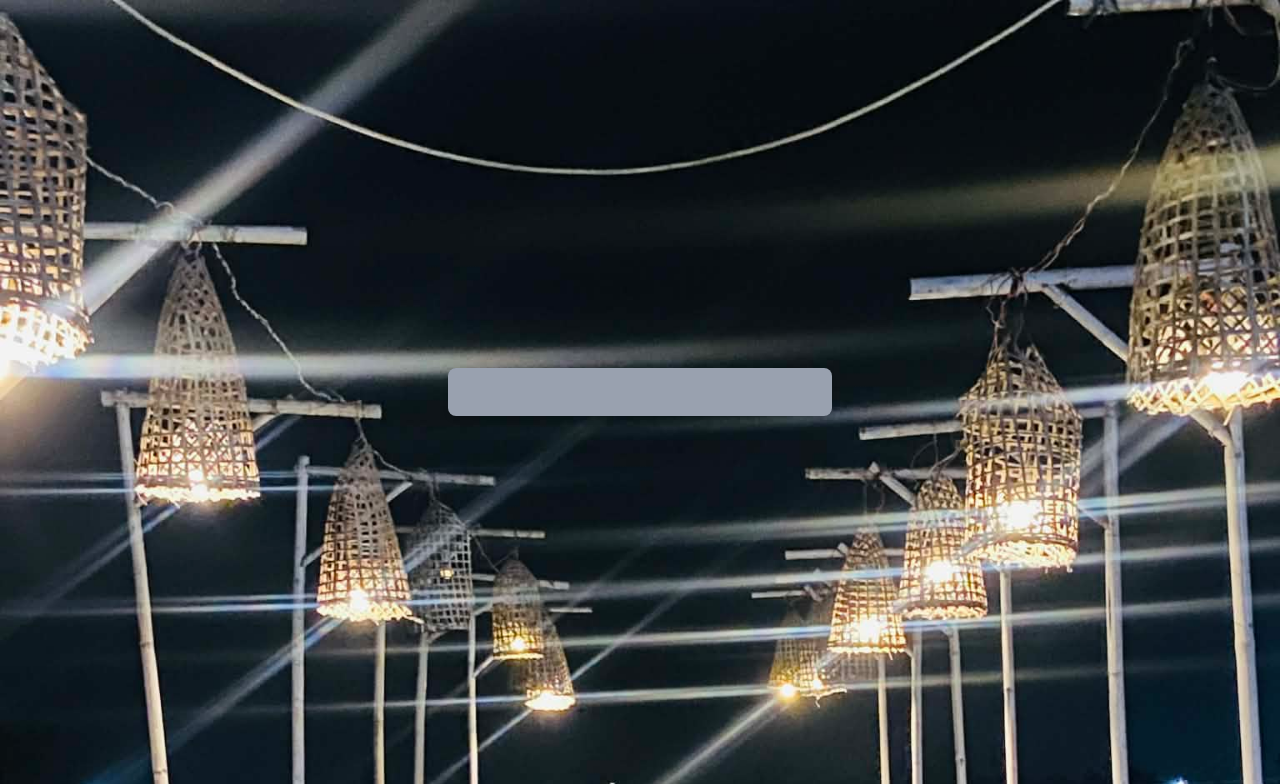
Repository: ridhukhan/chatapp
Page: / (app in frontend/)
An editor plug-in stored every save of this project. The page is shown before and after the next save, followed by the edit.
The browser window is 1280 px wide. The pictures show the whole page.
Backgrounds fixed to the window are drawn as part of the page. The project was rebuilt for these pictures with package versions that can differ from the ones it lists, and the page was loaded fresh each time. Also part of the build but not shown: frontend/vite.config.js, frontend/src/Pages/login/Login.jsx.

Above is the page before, as saved 2025-12-25 13:09:15.

### frontend/src/index.css
@import "tailwindcss";


body{

background-image: url("/bg1.jpeg");
background-repeat: no-repeat;
background-size: cover;
background-position: center;
background-attachment: fixed;
}

### frontend/src/App.jsx

import './App.css'
import Login from './Pages/login/Login'
import SignUp from './Pages/signup/SignUp'

function App() {

  return (
    <div className='p-4 h-screen flex items-center justify-center'>
     <SignUp/>
    </div>
  )
}

export default App

### frontend/src/Pages/signup/SignUp.jsx
import React from 'react'

const SignUp = () => {
  return (
    <div  className='flex flex-col items-center justify-center min-w-96 mx-auto'>

<div  className='w-full p-6 rounded-lg shadow-md bg-gray-400 bg-clip-padding backdrop-filter backdrop-blur-lg bg-opacity-0'>





</div>




    </div>
  )
}

export default SignUp

Loaded but not shown: frontend/index.html (common file); frontend/src/main.jsx (common file); frontend/src/App.css (common file)

After the next save:
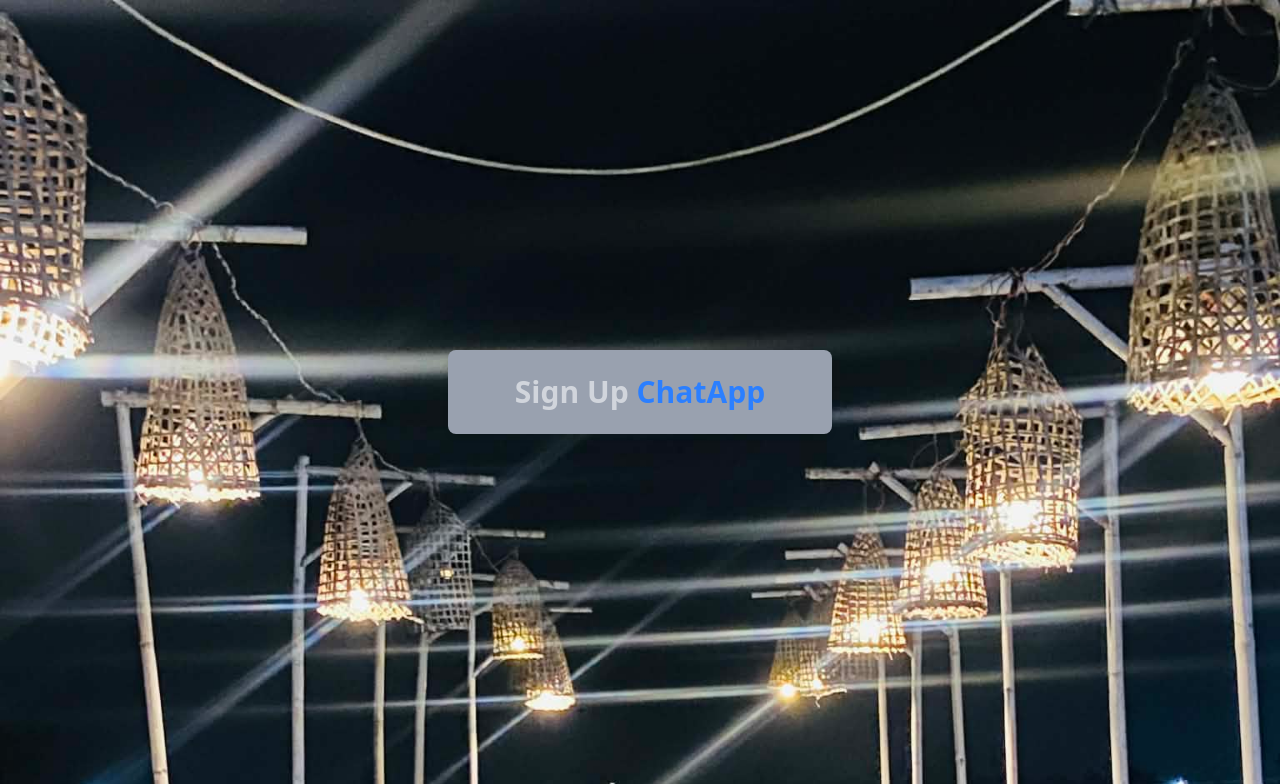
Saved 53 s later.
--- a/frontend/src/Pages/signup/SignUp.jsx
+++ b/frontend/src/Pages/signup/SignUp.jsx
@@ -6,7 +6,8 @@
 
 <div  className='w-full p-6 rounded-lg shadow-md bg-gray-400 bg-clip-padding backdrop-filter backdrop-blur-lg bg-opacity-0'>
 
-
+	<h1 className='text-3xl font-semibold text-center text-gray-300'>
+	Sign Up <span className='text-blue-500'> ChatApp</span></h1>
 
 
 
